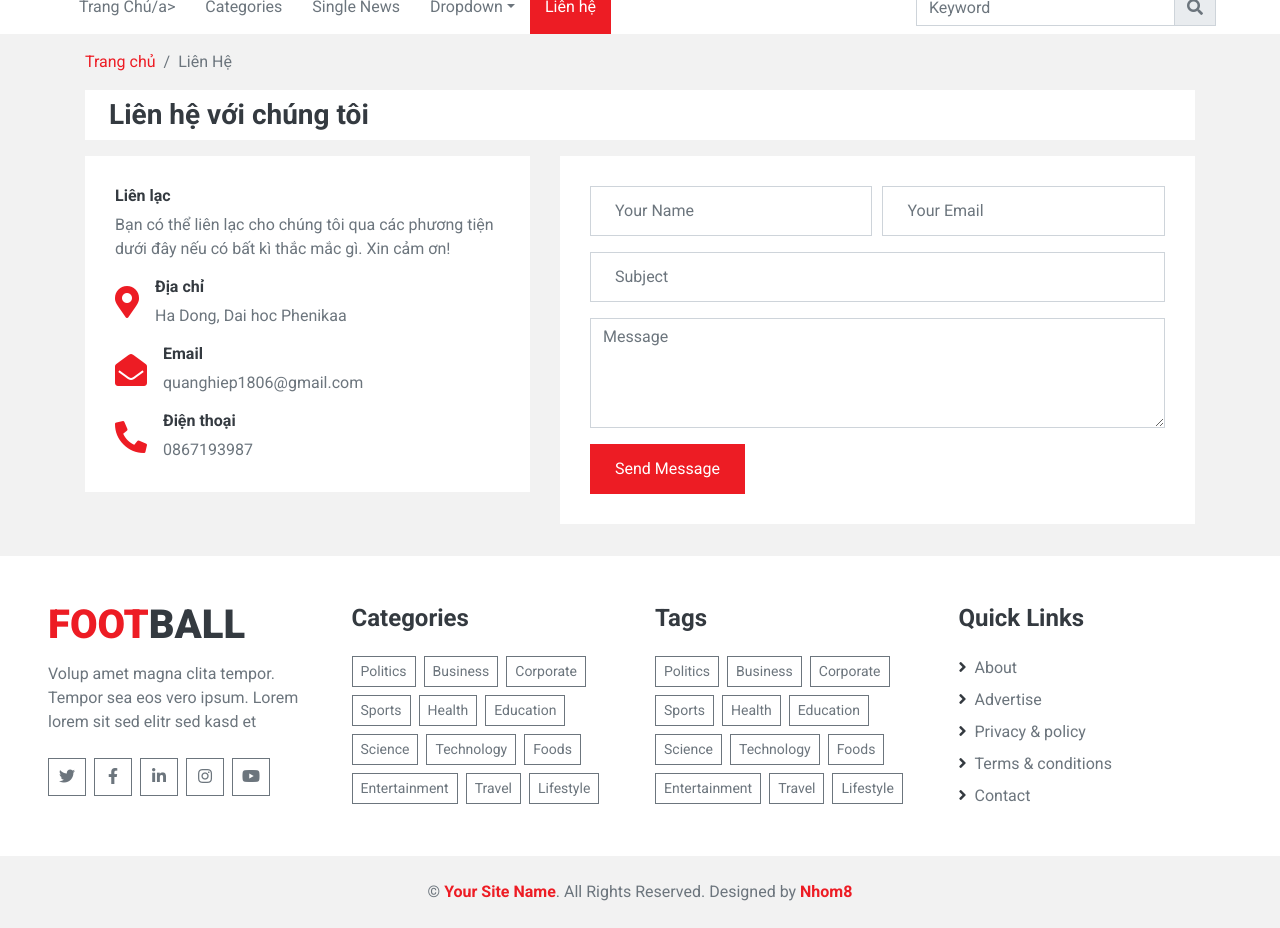
Repository: Namnguyen13/tessttt
Page: contact.html
The author's editor kept a copy of each file at every save. The page is drawn from the files as they stood at one save, then again after the next save.
The browser window is 1280 px wide. The pictures show the part of the page from y = 376 to 1304 px (the page is 1304 px tall).
A picture or video elsewhere on the page could not be fetched, so the positions and the page height are approximate.

Above is the page before, as saved 2023-04-14 21:15:43.

### contact.html
<!DOCTYPE html>
<html lang="en">

<head>
    <meta charset="utf-8">
    <title>Phần mềm đặt sân đá bóng</title>
    <meta content="width=device-width, initial-scale=1.0" name="viewport">
    <meta content="Free HTML Templates" name="keywords">
    <meta content="Free HTML Templates" name="description">

    <!-- Favicon -->
    <link href="img/favicon.ico" rel="icon">

    <!-- Google Web Fonts -->
    <link rel="preconnect" href="https://fonts.gstatic.com">
    <link href="https://fonts.googleapis.com/css2?family=Roboto:wght@300;400;500;700;900&display=swap" rel="stylesheet">

    <!-- Font Awesome -->
    <link href="https://cdnjs.cloudflare.com/ajax/libs/font-awesome/5.15.0/css/all.min.css" rel="stylesheet">

    <!-- Libraries Stylesheet -->
    <link href="lib/owlcarousel/assets/owl.carousel.min.css" rel="stylesheet">

    <!-- Customized Bootstrap Stylesheet -->
    <link href="css/style.css" rel="stylesheet">
</head>

<body>
    <!-- Topbar Start -->
    <div class="container-fluid">
        <div class="row align-items-center bg-light px-lg-5">
            <div class="col-12 col-md-8">
                <div class="d-flex justify-content-between">
                    <div class="bg-primary text-white text-center py-2" style="width: 100px;">Tranding</div>
                    <div class="owl-carousel owl-carousel-1 tranding-carousel position-relative d-inline-flex align-items-center ml-3" style="width: calc(100% - 100px); padding-left: 90px;">
                        <div class="text-truncate"><a class="text-secondary" href="">Labore sit justo amet eos sed, et sanctus dolor diam eos</a></div>
                        <div class="text-truncate"><a class="text-secondary" href="">Gubergren elitr amet eirmod et lorem diam elitr, ut est erat Gubergren elitr amet eirmod et lorem diam elitr, ut est erat</a></div>
                    </div>
                </div>
            </div>
            <div class="col-md-4 text-right d-none d-md-block">
                Monday, January 01, 2045
            </div>
        </div>
        <div class="row align-items-center py-2 px-lg-5">
            <div class="col-lg-4">
                <a href="" class="navbar-brand d-none d-lg-block">
                    <h1 class="m-0 display-5 text-uppercase"><span class="text-primary">Foot</span>Ball</h1>
                </a>
            </div>
            <div class="col-lg-8 text-center text-lg-right">
                <img class="img-fluid" src="img/ads-700x70.jpg" alt="">
            </div>
        </div>
    </div>
    <!-- Topbar End -->


    <!-- Navbar Start -->
    <div class="container-fluid p-0 mb-3">
        <nav class="navbar navbar-expand-lg bg-light navbar-light py-2 py-lg-0 px-lg-5">
            <a href="" class="navbar-brand d-block d-lg-none">
                <h1 class="m-0 display-5 text-uppercase"><span class="text-primary">Foot</span>Ball</h1>
            </a>
            <button type="button" class="navbar-toggler" data-toggle="collapse" data-target="#navbarCollapse">
                <span class="navbar-toggler-icon"></span>
            </button>
            <div class="collapse navbar-collapse justify-content-between px-0 px-lg-3" id="navbarCollapse">
                <div class="navbar-nav mr-auto py-0">
                    <a href="index.html" class="nav-item nav-link">Trang Chủ/a>
                    <a href="category.html" class="nav-item nav-link">Categories</a>
                    <a href="single.html" class="nav-item nav-link">Single News</a>
                    <div class="nav-item dropdown">
                        <a href="#" class="nav-link dropdown-toggle" data-toggle="dropdown">Dropdown</a>
                        <div class="dropdown-menu rounded-0 m-0">
                            <a href="#" class="dropdown-item">Menu item 1</a>
                            <a href="#" class="dropdown-item">Menu item 2</a>
                            <a href="#" class="dropdown-item">Menu item 3</a>
                        </div>
                    </div>
                    <a href="contact.html" class="nav-item nav-link active">Liên hệ</a>
                </div>
                <div class="input-group ml-auto" style="width: 100%; max-width: 300px;">
                    <input type="text" class="form-control" placeholder="Keyword">
                    <div class="input-group-append">
                        <button class="input-group-text text-secondary"><i
                                class="fa fa-search"></i></button>
                    </div>
                </div>
            </div>
        </nav>
    </div>
    <!-- Navbar End -->


    <!-- Breadcrumb Start -->
    <div class="container-fluid">
        <div class="container">
            <nav class="breadcrumb bg-transparent m-0 p-0">
                <a class="breadcrumb-item" href="#">Trang chủ</a>
                <span class="breadcrumb-item active">Liên Hệ</span>
            </nav>
        </div>
    </div>
    <!-- Breadcrumb End -->


    <!-- Contact Start -->
    <div class="container-fluid py-3">
        <div class="container">
            <div class="bg-light py-2 px-4 mb-3">
                <h3 class="m-0">Liên hệ với chúng tôi</h3>
            </div>
            <div class="row">
                <div class="col-md-5">
                    <div class="bg-light mb-3" style="padding: 30px;">
                        <h6 class="font-weight-bold">Liên lạc</h6>
                        <p>Bạn có thể liên lạc cho chúng tôi qua các phương tiện dưới đây nếu có bất kì thắc mắc gì. Xin cảm ơn!</p>
                        <div class="d-flex align-items-center mb-3">
                            <i class="fa fa-2x fa-map-marker-alt text-primary mr-3"></i>
                            <div class="d-flex flex-column">
                                <h6 class="font-weight-bold">Địa chỉ</h6>
                                <p class="m-0">Ha Dong, Dai hoc Phenikaa</p>
                            </div>
                        </div>
                        <div class="d-flex align-items-center mb-3">
                            <i class="fa fa-2x fa-envelope-open text-primary mr-3"></i>
                            <div class="d-flex flex-column">
                                <h6 class="font-weight-bold">Email</h6>
                                <p class="m-0">quanghiep1806@gmail.com</p>
                            </div>
                        </div>
                        <div class="d-flex align-items-center">
                            <i class="fas fa-2x fa-phone-alt text-primary mr-3"></i>
                            <div class="d-flex flex-column">
                                <h6 class="font-weight-bold">Điện thoại</h6>
                                <p class="m-0">0867193987</p>
                            </div>
                        </div>
                    </div>
                </div>
                <div class="col-md-7">
                    <div class="contact-form bg-light mb-3" style="padding: 30px;">
                        <div id="success"></div>
                        <form name="sentMessage" id="contactForm" novalidate="novalidate">
                            <div class="form-row">
                                <div class="col-md-6">
                                    <div class="control-group">
                                        <input type="text" class="form-control p-4" id="name" placeholder="Your Name" required="required" data-validation-required-message="Please enter your name" />
                                        <p class="help-block text-danger"></p>
                                    </div>
                                </div>
                                <div class="col-md-6">
                                    <div class="control-group">
                                        <input type="email" class="form-control p-4" id="email" placeholder="Your Email" required="required" data-validation-required-message="Please enter your email" />
                                        <p class="help-block text-danger"></p>
                                    </div>
                                </div>
                            </div>
                            <div class="control-group">
                                <input type="text" class="form-control p-4" id="subject" placeholder="Subject" required="required" data-validation-required-message="Please enter a subject" />
                                <p class="help-block text-danger"></p>
                            </div>
                            <div class="control-group">
                                <textarea class="form-control" rows="4" id="message" placeholder="Message" required="required" data-validation-required-message="Please enter your message"></textarea>
                                <p class="help-block text-danger"></p>
                            </div>
                            <div>
                                <button class="btn btn-primary font-weight-semi-bold px-4" style="height: 50px;" type="submit" id="sendMessageButton">Send Message</button>
                            </div>
                        </form>
                    </div>
                </div>
            </div>
        </div>
    </div>
    <!-- Contact End -->

    <!-- Footer Start -->
    <div class="container-fluid bg-light pt-5 px-sm-3 px-md-5">
        <div class="row">
            <div class="col-lg-3 col-md-6 mb-5">
                <a href="index.html" class="navbar-brand">
                    <h1 class="mb-2 mt-n2 display-5 text-uppercase"><span class="text-primary">Foot</span>Ball</h1>
                </a>
                <p>Volup amet magna clita tempor. Tempor sea eos vero ipsum. Lorem lorem sit sed elitr sed kasd et</p>
                <div class="d-flex justify-content-start mt-4">
                    <a class="btn btn-outline-secondary text-center mr-2 px-0" style="width: 38px; height: 38px;" href="#"><i class="fab fa-twitter"></i></a>
                    <a class="btn btn-outline-secondary text-center mr-2 px-0" style="width: 38px; height: 38px;" href="#"><i class="fab fa-facebook-f"></i></a>
                    <a class="btn btn-outline-secondary text-center mr-2 px-0" style="width: 38px; height: 38px;" href="#"><i class="fab fa-linkedin-in"></i></a>
                    <a class="btn btn-outline-secondary text-center mr-2 px-0" style="width: 38px; height: 38px;" href="#"><i class="fab fa-instagram"></i></a>
                    <a class="btn btn-outline-secondary text-center mr-2 px-0" style="width: 38px; height: 38px;" href="#"><i class="fab fa-youtube"></i></a>
                </div>
            </div>
            <div class="col-lg-3 col-md-6 mb-5">
                <h4 class="font-weight-bold mb-4">Categories</h4>
                <div class="d-flex flex-wrap m-n1">
                    <a href="" class="btn btn-sm btn-outline-secondary m-1">Politics</a>
                    <a href="" class="btn btn-sm btn-outline-secondary m-1">Business</a>
                    <a href="" class="btn btn-sm btn-outline-secondary m-1">Corporate</a>
                    <a href="" class="btn btn-sm btn-outline-secondary m-1">Sports</a>
                    <a href="" class="btn btn-sm btn-outline-secondary m-1">Health</a>
                    <a href="" class="btn btn-sm btn-outline-secondary m-1">Education</a>
                    <a href="" class="btn btn-sm btn-outline-secondary m-1">Science</a>
                    <a href="" class="btn btn-sm btn-outline-secondary m-1">Technology</a>
                    <a href="" class="btn btn-sm btn-outline-secondary m-1">Foods</a>
                    <a href="" class="btn btn-sm btn-outline-secondary m-1">Entertainment</a>
                    <a href="" class="btn btn-sm btn-outline-secondary m-1">Travel</a>
                    <a href="" class="btn btn-sm btn-outline-secondary m-1">Lifestyle</a>
                </div>
            </div>
            <div class="col-lg-3 col-md-6 mb-5">
                <h4 class="font-weight-bold mb-4">Tags</h4>
                <div class="d-flex flex-wrap m-n1">
                    <a href="" class="btn btn-sm btn-outline-secondary m-1">Politics</a>
                    <a href="" class="btn btn-sm btn-outline-secondary m-1">Business</a>
                    <a href="" class="btn btn-sm btn-outline-secondary m-1">Corporate</a>
                    <a href="" class="btn btn-sm btn-outline-secondary m-1">Sports</a>
                    <a href="" class="btn btn-sm btn-outline-secondary m-1">Health</a>
                    <a href="" class="btn btn-sm btn-outline-secondary m-1">Education</a>
                    <a href="" class="btn btn-sm btn-outline-secondary m-1">Science</a>
                    <a href="" class="btn btn-sm btn-outline-secondary m-1">Technology</a>
                    <a href="" class="btn btn-sm btn-outline-secondary m-1">Foods</a>
                    <a href="" class="btn btn-sm btn-outline-secondary m-1">Entertainment</a>
                    <a href="" class="btn btn-sm btn-outline-secondary m-1">Travel</a>
                    <a href="" class="btn btn-sm btn-outline-secondary m-1">Lifestyle</a>
                </div>
            </div>
            <div class="col-lg-3 col-md-6 mb-5">
                <h4 class="font-weight-bold mb-4">Quick Links</h4>
                <div class="d-flex flex-column justify-content-start">
                    <a class="text-secondary mb-2" href="#"><i class="fa fa-angle-right text-dark mr-2"></i>About</a>
                    <a class="text-secondary mb-2" href="#"><i class="fa fa-angle-right text-dark mr-2"></i>Advertise</a>
                    <a class="text-secondary mb-2" href="#"><i class="fa fa-angle-right text-dark mr-2"></i>Privacy & policy</a>
                    <a class="text-secondary mb-2" href="#"><i class="fa fa-angle-right text-dark mr-2"></i>Terms & conditions</a>
                    <a class="text-secondary" href="#"><i class="fa fa-angle-right text-dark mr-2"></i>Contact</a>
                </div>
            </div>
        </div>
    </div>
    <div class="container-fluid py-4 px-sm-3 px-md-5">
        <p class="m-0 text-center">
            &copy; <a class="font-weight-bold" href="#">Your Site Name</a>. All Rights Reserved.

			<!--/*** This template is free as long as you keep the footer author’s credit link/attribution link/backlink. If you'd like to use the template without the footer author’s credit link/attribution link/backlink, you can purchase the Credit Removal License from "https://htmlcodex.com/credit-removal". Thank you for your support. ***/-->
			Designed by <a class="font-weight-bold" href="https://htmlcodex.com">Nhom8</a>
        </p>
    </div>
    <!-- Footer End -->


    <!-- Back to Top -->
    <a href="#" class="btn btn-dark back-to-top"><i class="fa fa-angle-up"></i></a>


    <!-- JavaScript Libraries -->
    <script src="https://code.jquery.com/jquery-3.4.1.min.js"></script>
    <script src="https://stackpath.bootstrapcdn.com/bootstrap/4.4.1/js/bootstrap.bundle.min.js"></script>
    <script src="lib/easing/easing.min.js"></script>
    <script src="lib/owlcarousel/owl.carousel.min.js"></script>

    <!-- Contact Javascript File -->
    <script src="mail/jqBootstrapValidation.min.js"></script>
    <script src="mail/contact.js"></script>

    <!-- Template Javascript -->
    <script src="js/main.js"></script>
</body>

</html>

### mail/contact.js
$(function () {

    $("#contactForm input, #contactForm textarea").jqBootstrapValidation({
        preventSubmit: true,
        submitError: function ($form, event, errors) {
        },
        submitSuccess: function ($form, event) {
            event.preventDefault();
            var name = $("input#name").val();
            var email = $("input#email").val();
            var subject = $("input#subject").val();
            var message = $("textarea#message").val();

            $this = $("#sendMessageButton");
            $this.prop("disabled", true);

            $.ajax({
                url: "contact.php",
                type: "POST",
                data: {
                    name: name,
                    email: email,
                    subject: subject,
                    message: message
                },
                cache: false,
                success: function () {
                    $('#success').html("<div class='alert alert-success'>");
                    $('#success > .alert-success').html("<button type='button' class='close' data-dismiss='alert' aria-hidden='true'>&times;")
                            .append("</button>");
                    $('#success > .alert-success')
                            .append("<strong>Your message has been sent. </strong>");
                    $('#success > .alert-success')
                            .append('</div>');
                    $('#contactForm').trigger("reset");
                },
                error: function () {
                    $('#success').html("<div class='alert alert-danger'>");
                    $('#success > .alert-danger').html("<button type='button' class='close' data-dismiss='alert' aria-hidden='true'>&times;")
                            .append("</button>");
                    $('#success > .alert-danger').append($("<strong>").text("Sorry " + name + ", it seems that our mail server is not responding. Please try again later!"));
                    $('#success > .alert-danger').append('</div>');
                    $('#contactForm').trigger("reset");
                },
                complete: function () {
                    setTimeout(function () {
                        $this.prop("disabled", false);
                    }, 1000);
                }
            });
        },
        filter: function () {
            return $(this).is(":visible");
        },
    });

    $("a[data-toggle=\"tab\"]").click(function (e) {
        e.preventDefault();
        $(this).tab("show");
    });
});

$('#name').focus(function () {
    $('#success').html('');
});

### js/main.js
(function ($) {
    "use strict";

    // Dropdown on mouse hover
    $(document).ready(function () {
        function toggleNavbarMethod() {
            if ($(window).width() > 992) {
                $('.navbar .dropdown').on('mouseover', function () {
                    $('.dropdown-toggle', this).trigger('click');
                }).on('mouseout', function () {
                    $('.dropdown-toggle', this).trigger('click').blur();
                });
            } else {
                $('.navbar .dropdown').off('mouseover').off('mouseout');
            }
        }
        toggleNavbarMethod();
        $(window).resize(toggleNavbarMethod);
    });


    // Back to top button
    $(window).scroll(function () {
        if ($(this).scrollTop() > 100) {
            $('.back-to-top').fadeIn('slow');
        } else {
            $('.back-to-top').fadeOut('slow');
        }
    });
    $('.back-to-top').click(function () {
        $('html, body').animate({scrollTop: 0}, 1500, 'easeInOutExpo');
        return false;
    });


    // Tranding carousel
    $(".tranding-carousel").owlCarousel({
        autoplay: true,
        smartSpeed: 2000,
        items: 1,
        dots: false,
        loop: true,
        nav : true,
        navText : [
            '<i class="fa fa-angle-left"></i>',
            '<i class="fa fa-angle-right"></i>'
        ]
    });


    // Carousel item 1
    $(".carousel-item-1").owlCarousel({
        autoplay: true,
        smartSpeed: 1500,
        items: 1,
        dots: false,
        loop: true,
        nav : true,
        navText : [
            '<i class="fa fa-angle-left" aria-hidden="true"></i>',
            '<i class="fa fa-angle-right" aria-hidden="true"></i>'
        ]
    });

    // Carousel item 2
    $(".carousel-item-2").owlCarousel({
        autoplay: true,
        smartSpeed: 1000,
        margin: 30,
        dots: false,
        loop: true,
        nav : true,
        navText : [
            '<i class="fa fa-angle-left" aria-hidden="true"></i>',
            '<i class="fa fa-angle-right" aria-hidden="true"></i>'
        ],
        responsive: {
            0:{
                items:1
            },
            576:{
                items:1
            },
            768:{
                items:2
            }
        }
    });


    // Carousel item 3
    $(".carousel-item-3").owlCarousel({
        autoplay: true,
        smartSpeed: 1000,
        margin: 30,
        dots: false,
        loop: true,
        nav : true,
        navText : [
            '<i class="fa fa-angle-left" aria-hidden="true"></i>',
            '<i class="fa fa-angle-right" aria-hidden="true"></i>'
        ],
        responsive: {
            0:{
                items:1
            },
            576:{
                items:1
            },
            768:{
                items:2
            },
            992:{
                items:3
            }
        }
    });


    // Carousel item 4
    $(".carousel-item-4").owlCarousel({
        autoplay: true,
        smartSpeed: 1000,
        margin: 30,
        dots: false,
        loop: true,
        nav : true,
        navText : [
            '<i class="fa fa-angle-left" aria-hidden="true"></i>',
            '<i class="fa fa-angle-right" aria-hidden="true"></i>'
        ],
        responsive: {
            0:{
                items:1
            },
            576:{
                items:1
            },
            768:{
                items:2
            },
            992:{
                items:3
            },
            1200:{
                items:4
            }
        }
    });

})(jQuery);

Loaded but not shown: lib/owlcarousel/assets/owl.carousel.min.css (common file); css/style.css (library); lib/easing/easing.min.js (common file); lib/owlcarousel/owl.carousel.min.js (library); mail/jqBootstrapValidation.min.js (library)

After the next save:
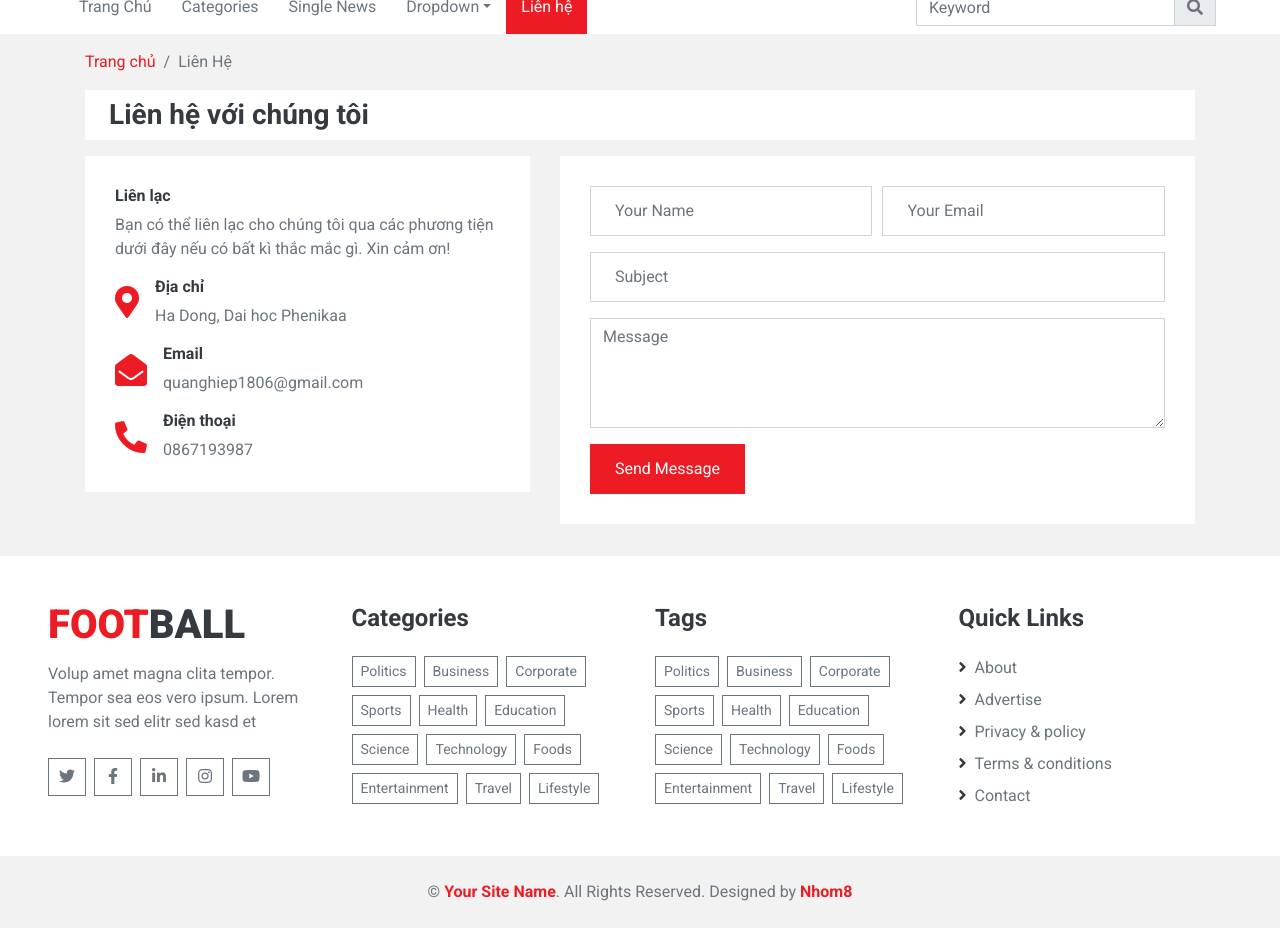
Saved 25 s later.
--- a/contact.html
+++ b/contact.html
@@ -67,7 +67,7 @@
             </button>
             <div class="collapse navbar-collapse justify-content-between px-0 px-lg-3" id="navbarCollapse">
                 <div class="navbar-nav mr-auto py-0">
-                    <a href="index.html" class="nav-item nav-link">Trang Chủ/a>
+                    <a href="index.html" class="nav-item nav-link">Trang Chủ</a>
                     <a href="category.html" class="nav-item nav-link">Categories</a>
                     <a href="single.html" class="nav-item nav-link">Single News</a>
                     <div class="nav-item dropdown">
